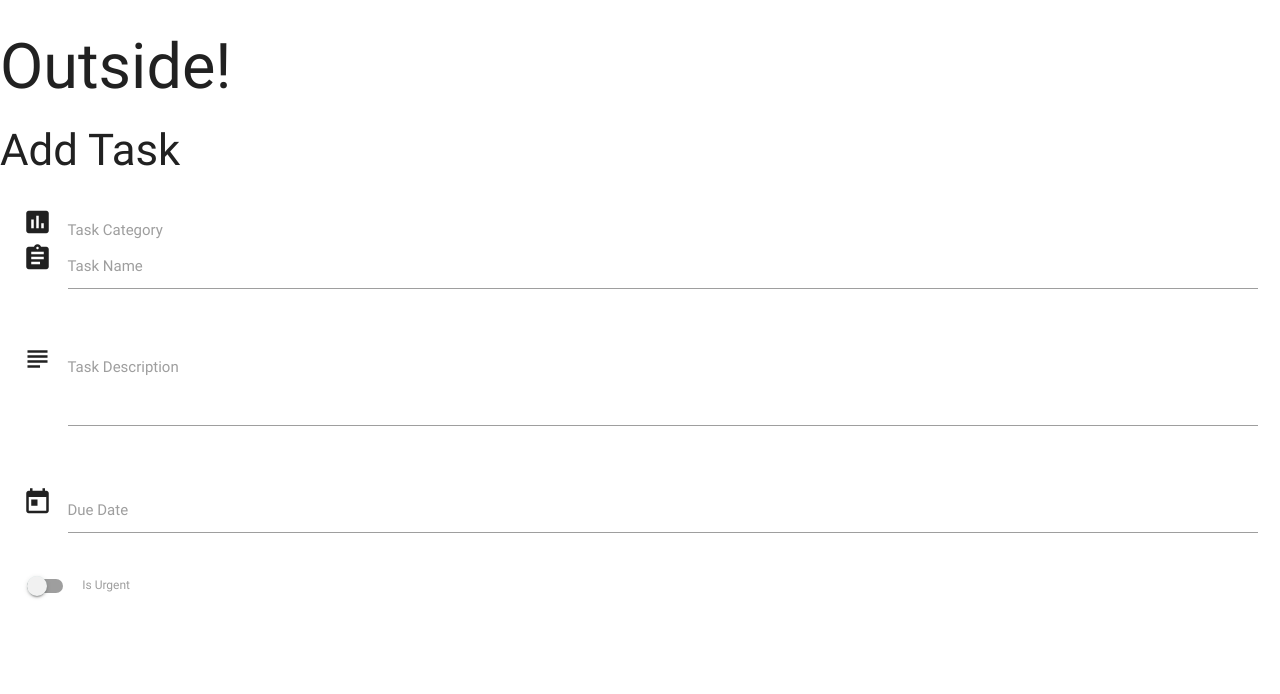
Repository: MelBiggs/task_manager
Page: http://localhost/add_task
The author's editor kept a record of every edit. The page is drawn from the files as they stood at one moment, then again after the next edit.
The browser window is 1280 px wide. The pictures show the whole page.
The page is served by the project's application, run on Flask 3 (app.py). Queries for data that is not in the repository find no rows.

Above is the page before.

After the next edit:
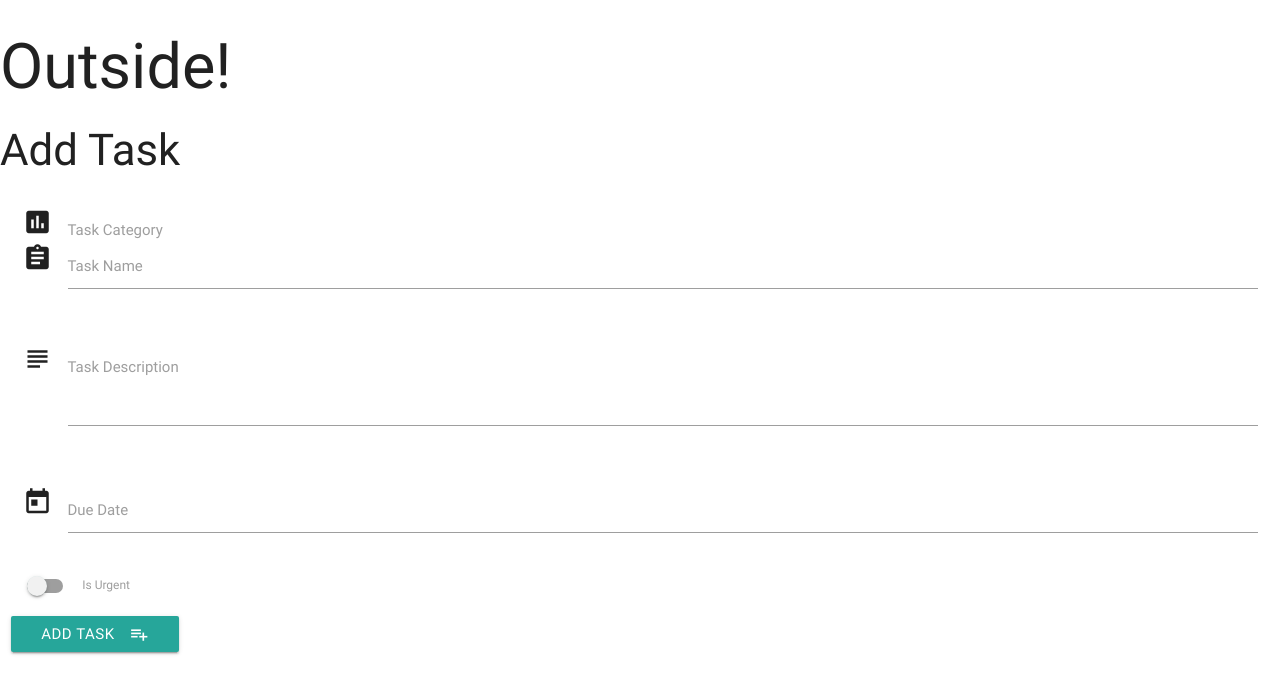
The edit:
--- a/templates/addtask.html
+++ b/templates/addtask.html
@@ -44,6 +44,11 @@
                 </label>
             </div>
         </div>
+        <div class="row">
+            <button class="btn waves-effect waves-light" type="submit" name="action">Add Task
+                <i class="material-icons right">playlist_add</i>
+             </button>
+        </div>
     </form>
 </div>
 
